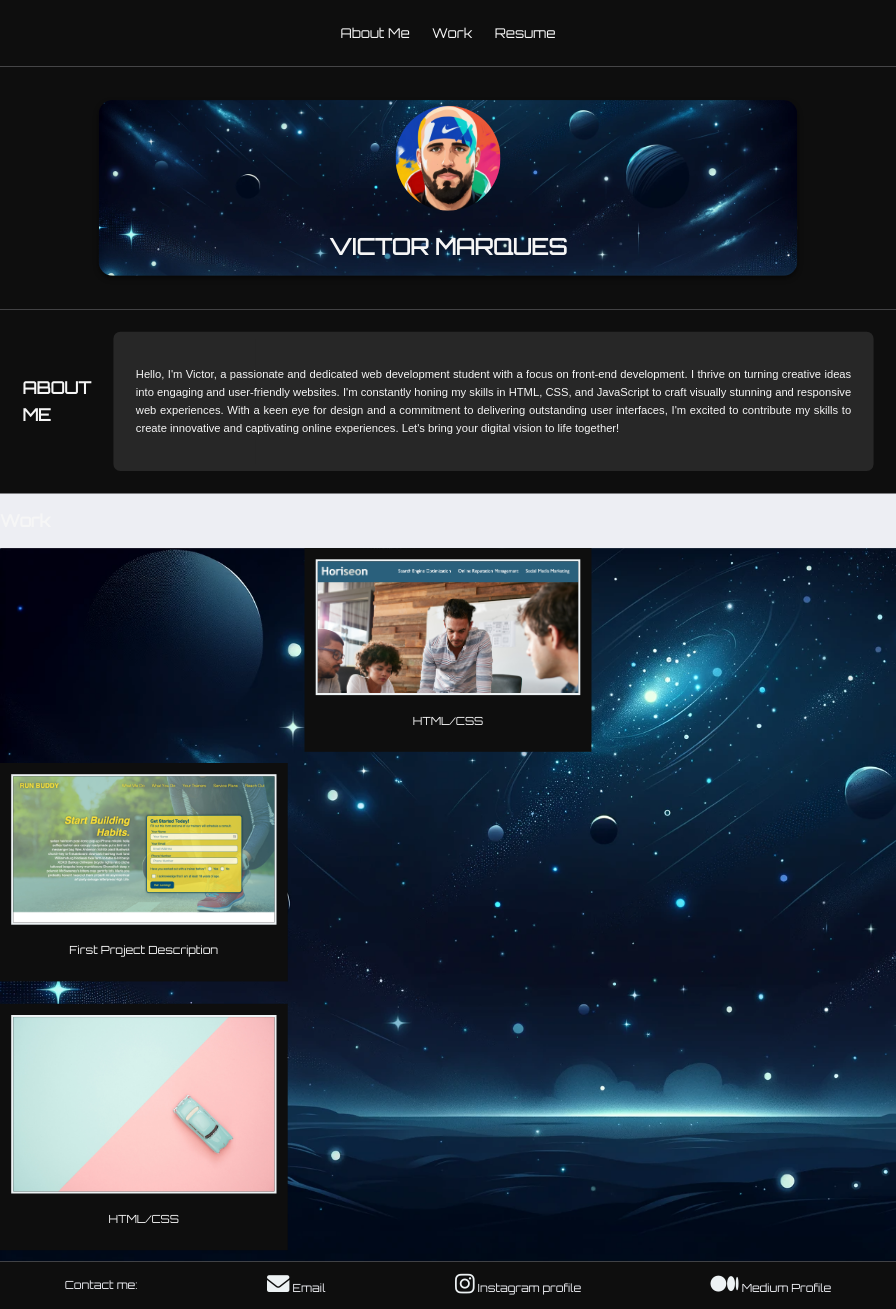
Repository: uvee35/Challenge2-Victor
Page: index.html
These files come from the project's save history. The page is drawn as it stood at one moment and after the next save; the edit follows.
The browser window is 1280 px wide. The pictures show the whole page, at 70% of full size.

Above is the page before, as saved 2023-12-12 21:12:31.

After the next save:
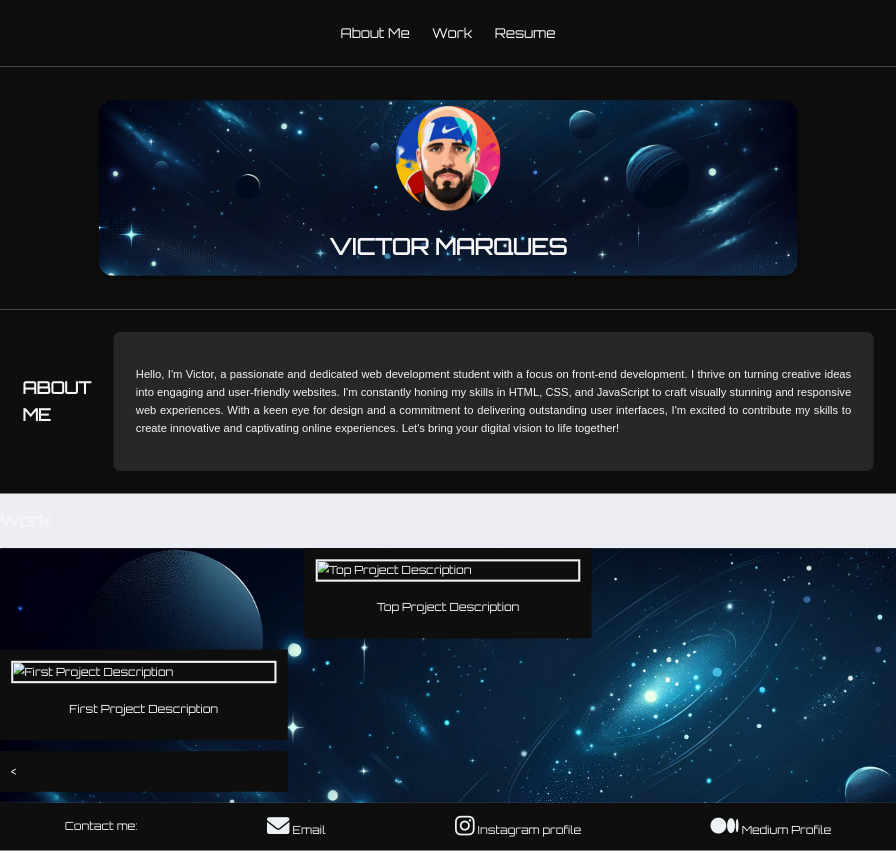
Not found: path-to-your-first-under-image.jpg
Not found: path-to-your-top-image.jpg
Saved 52 s later.
--- a/index.html
+++ b/index.html
@@ -62,32 +62,18 @@
         <div class="work__projects">
           <!-- Top featured project -->
           <div class="project project--featured">
-            <img
-              src="./assets/project.png"
-              alt="HTML/CSS"
-              class="work__image"
-            />
-            <p class="project-description">HTML/CSS</p>
+            <img src="path-to-your-top-image.jpg" alt="Top Project Description" class="work__image" />
+            <p class="project-description">Top Project Description</p>
           </div>
-          <!-- Two projects underneath -->
-          <div class="project">
-            <img
-              src="./assets/02-run-buddy.jpg"
-              alt="First Project Description"
-              class="work__image"
-            />
-            <p class="project-description">First Project Description</p>
-          </div>
-          <div class="project">
-            <img
-              src="./assets/02-portfolio-3.jpg"
-              alt="Second Project Description"
-              class="work__image"
-            />
-            <p class="project-description">HTML/CSS</p>
-          </div>
-        </div>
-      </section>
+          <!-- Container for the two projects underneath -->
+          <div class="project-row">
+            <div class="project">
+              <img src="path-to-your-first-under-image.jpg" alt="First Project Description" class="work__image" />
+              <p class="project-description">First Project Description</p>
+            </div>
+            <div class="project">
+              <
+
     </main>
 
     <footer class="footer">

After the save that followed:
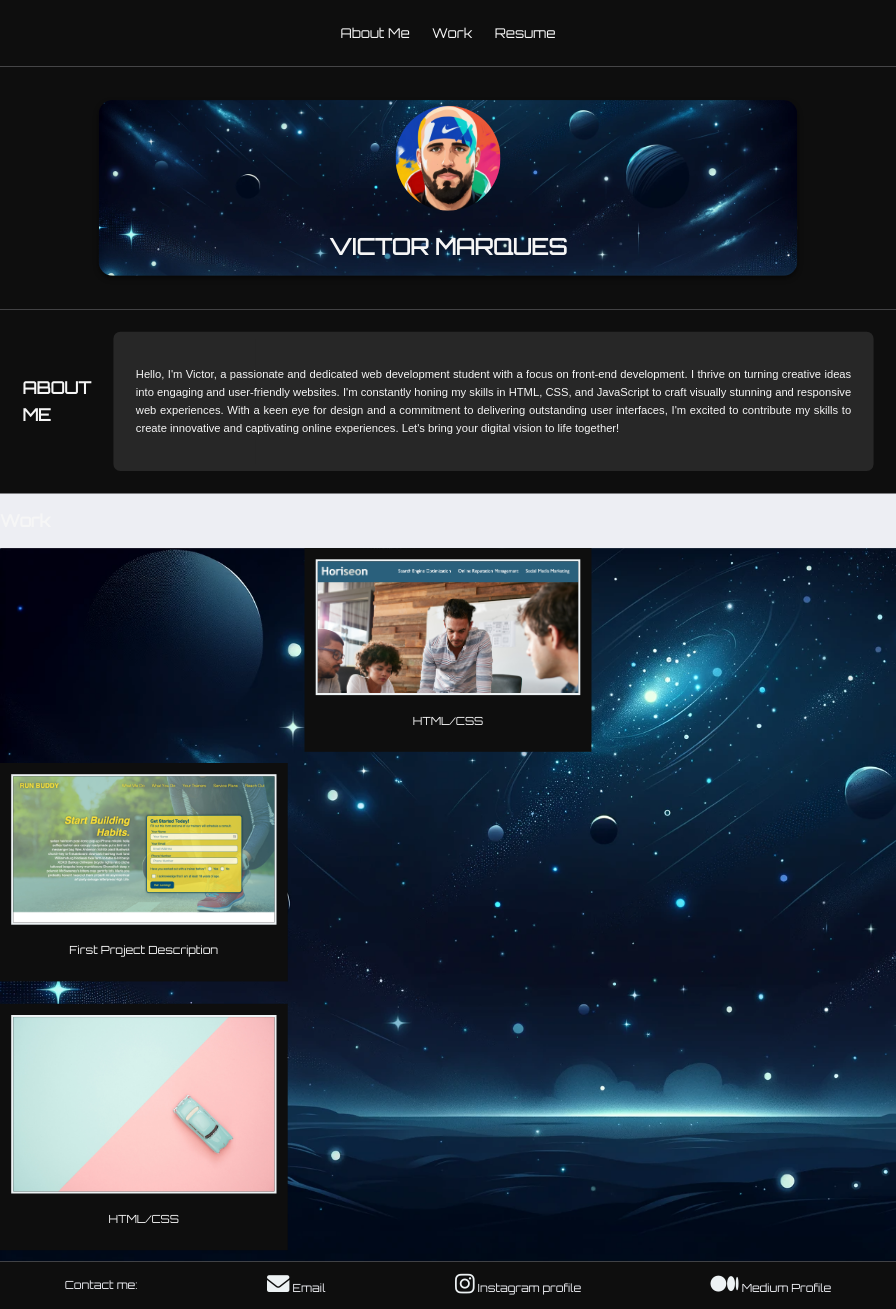
Saved 18 s later.
--- a/index.html
+++ b/index.html
@@ -62,18 +62,32 @@
         <div class="work__projects">
           <!-- Top featured project -->
           <div class="project project--featured">
-            <img src="path-to-your-top-image.jpg" alt="Top Project Description" class="work__image" />
-            <p class="project-description">Top Project Description</p>
+            <img
+              src="./assets/project.png"
+              alt="HTML/CSS"
+              class="work__image"
+            />
+            <p class="project-description">HTML/CSS</p>
           </div>
-          <!-- Container for the two projects underneath -->
-          <div class="project-row">
-            <div class="project">
-              <img src="path-to-your-first-under-image.jpg" alt="First Project Description" class="work__image" />
-              <p class="project-description">First Project Description</p>
-            </div>
-            <div class="project">
-              <
-
+          <!-- Two projects underneath -->
+          <div class="project">
+            <img
+              src="./assets/02-run-buddy.jpg"
+              alt="First Project Description"
+              class="work__image"
+            />
+            <p class="project-description">First Project Description</p>
+          </div>
+          <div class="project">
+            <img
+              src="./assets/02-portfolio-3.jpg"
+              alt="Second Project Description"
+              class="work__image"
+            />
+            <p class="project-description">HTML/CSS</p>
+          </div>
+        </div>
+      </section>
     </main>
 
     <footer class="footer">
